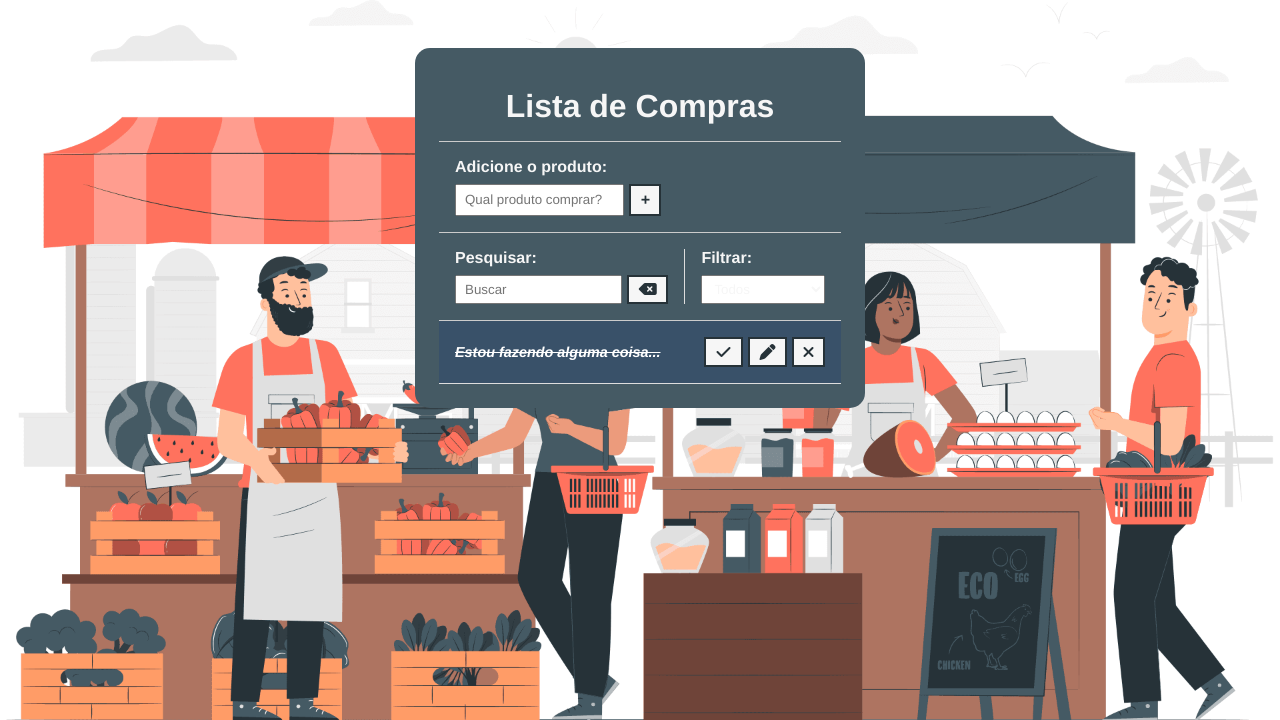
Repository: Dkrvalho/mercado
Page: index.html
An editor plug-in stored every save of this project. The page is shown before and after the next save, followed by the edit.
The browser window is 1280 px wide. The pictures show the whole page.

Above is the page before, as saved 2023-01-09 15:03:26.

After the next save:
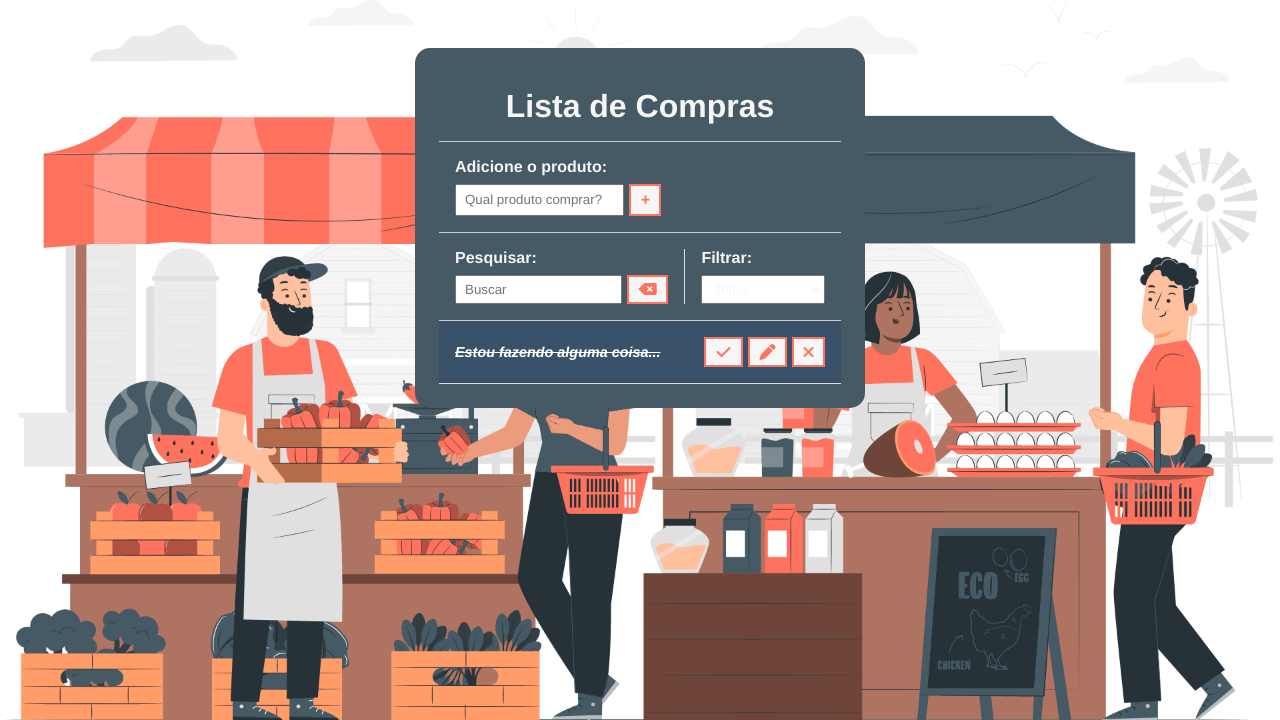
Saved 59 s later.
--- a/css/style.css
+++ b/css/style.css
@@ -17,8 +17,8 @@ html {
 
 button {
     background-color: #f6f6f6;
-    color: #263238;
-    border: 2px solid #263238;
+    color: #ff725e;
+    border: 2px solid #ff725e;
     padding: .3rem .6rem;
     font-size: 1rem;
     cursor: pointer;
@@ -29,7 +29,7 @@ button {
 }
 
 button:hover {
-    background-color: #263238;
+    background-color: #ff725e;
     color: #fdfdfd;
 }
 
@@ -38,7 +38,7 @@ button:hover > i {
 }
 
 button i {
-    color: #263238;
+    color: #ff725e;
     font-weight: bold;
     pointer-events: none;
 }
